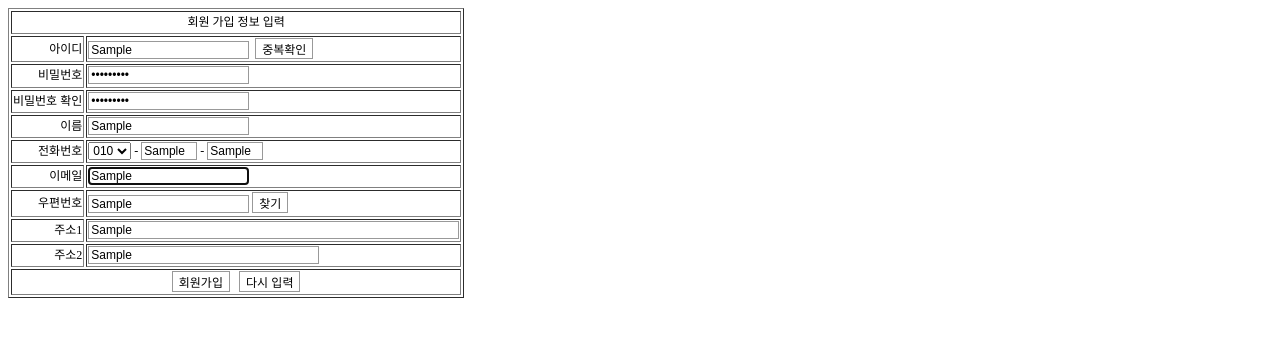
Repository: JIYEON25/model
Page: http://localhost/myWeb/memberone/regForm.jsp
These files come from the project's save history. The page is drawn as it stood at one moment and after the next save; the edit follows.
The browser window is 1280 px wide. The pictures show the whole page.
Empty fields were first filled with sample values (such as "Sample", 5 or name@example.com).
After loading, the first visible `input[onclick="inputCheck()"]` was clicked once.
The page is served by Tomcat 9. Other server files are loaded and not shown.

Above is the page before, as saved 2023-09-16 12:38:27.

### model1/myJSP/myWeb/src/main/webapp/memberone/regForm.jsp
<%@ page language="java" contentType="text/html; charset=UTF-8"
    pageEncoding="UTF-8"%>
<!DOCTYPE html>
<html>
<head>
	<meta charset="UTF-8">
	<title>Register Form</title>
	<link href="style.css" type="text/css" rel="stylesheet"/>
	<script type="text/javascript" src="script.js"></script>
</head>
<body>
	<form method="post" action="regProc.jsp" name="regForm">
	<table border="1">
		<tr>
			<td colspan="2" align="center">회원 가입 정보 입력</td>
		</tr>
		<tr>
			<td align="right">아이디</td>
			<td><input type="text" name="id"/>&nbsp;
				<input type="button" value="중복확인" onClick="idCheck(this.form.id.value)"/></td>
		</tr>
		<tr>
			<td align="right">비밀번호</td>
			<td><input type="password" name="pwd"/></td>
		</tr>
		<tr>
			<td align="right">비밀번호 확인</td>
			<td><input type="password" name="repwd"/></td>
		</tr>
		<tr>
			<td align="right">이름</td>
			<td><input type="text" name="name"/></td>
		</tr>
		<tr>
			<td align="right">전화번호</td>
			<td>
				<select name="phone1">
					<option value="010">010</option>
					<option value="02">02</option>
					<option value="011">011</option>
					<option value="016">016</option>
					<option value="017">017</option>
					<option value="016">018</option>
					<option value="017">019</option>
				</select> -
				<input type="text" name="phone2" size="5"/> -
				<input type="text" name="phone3" size="5"/>
			</td>
		</tr>
		<tr>
			<td align="right">이메일</td>
			<td><input type="text" name="email"/></td>
		</tr>
		<tr>
			<td align="right">우편번호</td>
			<td><input type="text" name="zipcode"/>
				<input type="button" value="찾기" onClick="zipCheck()"/></td>
		</tr>
		<tr>
			<td align="right">주소1</td>
			<td><input type="text" name="address1" size="50"/></td>
		</tr>
		<tr>
			<td align="right">주소2</td>
			<td><input type="text" name="address2" size="30"/></td>
		</tr>
		<tr>
			<td colspan="2" align="center">
			<input type="button" value="회원가입" onClick="inputCheck()"/>&nbsp;&nbsp;
			<input type="reset" value="다시 입력"/></td>
		</tr>
	</table>
	</form>
</body>
</html>

### model1/myJSP/myWeb/src/main/webapp/memberone/style.css
@charset "UTF-8";

BODY {
	FONT-SIZE: 9pt;
	COLOR: black;
	LINE-HEIGHT: 160%;
}

TD {
	FONT-SIZE: 9pt;
	COLOR: black;
	LINE-HEIGHT: 160%;
}

SELECT {
	FONT-SIZE: 9pt;
	COLOR: black;
	LINE-HEIGHT: 160%;
}

DIV {
	FONT-SIZE: 9pt;
	COLOR: black;
	LINE-HEIGHT: 160%;
}

FORM {
	FONT-SIZE: 9pt;
	COLOR: black;
	LINE-HEIGHT: 160%;
}

TEXTAREA {
	BORDER-RIGHT: 1px solid #999999;
	BORDER-TOP: 1px solid #999999;
	FONT-SIZE: 9pt;
	BORDER-LEFT: 1px solid #999999;
	COLOR: BLACK;
	BORDER-BOTTOM: 1px solid #999999;
	BACKGROUND-COLOR: white;
}

INPUT {
	BORDER-RIGHT: 1px solid #999999;
	BORDER-TOP: 1px solid #999999;
	FONT-SIZE: 9pt;
	BORDER-LEFT: 1px solid #999999;
	COLOR: BLACK;
	BORDER-BOTTOM: 1px solid #999999;
	BACKGROUND-COLOR: white;
}

A:link {
	text-decoration:none;
	color:#696969
}

A:hover {
	text-decoration:yes;
	color:#66CCFF
}

A:visited {
	text-decoration:none;
	color:#330066
}

### model1/myJSP/myWeb/src/main/webapp/memberone/script.js
function idCheck(id){
	if(id == "") {
		alert("아이디를 입력해주세요.");
		document.regForm.id.focus();
	} else {
		url="idCheck.jsp?id=" + id;
		window.open(url, "post", "width=300, height=150");
	}
}

function zipCheck() {
	url="zipCheck.jsp?check=y";
	window.open(url, "post", "toolbar=no, width=500, height=300, directories=no, status=yes, scrollbars=yes, menubar=no");
}

function inputCheck() {
	if(document.regForm.id.value == "") {
		alert("아이디를 입력해주세요.");
		document.regform.id.focus();
		return;
	}
	if(document.regForm.pwd.value == "") {
		alert("비밀번호를 입력해주세요.");
		document.regForm.pwd.focus();
		return;
	}
	if(document.regForm.repwd.value == "") {
		alert("비밀번호를 확인해주세요.");
		document.regForm.repwd.focus();
		return;
	}
	if(document.regForm.pwd.value != document.regForm.repwd.value) {
		alert("비밀번호가 일치하지 않습니다.");
		document.regForm.repwd.focus();
		return;
	}
	if(document.regForm.name.value == "") {
		alert("이름을 입력해주세요.");
		document.regForm.name.focus();
		return;
	}
	if(document.regForm.phone1.value == "") {
		alert("통신사를 입력해주세요.");
		document.regForm.phone1.focus();
		return;
	}
	if(document.regForm.phone2.value == "") {
		alert("전화번호를 입력해주세요.");
		document.regForm.phone2.focus();
		return;
	}
	if(document.regForm.phone3.value == "") {
		alert("전화번호를 입력해주세요.");
		document.regForm.pwd.focus();
		return;
	}
	if(document.regForm.email.value == "") {
		alert("이메일을 입력해주세요.");
		document.regForm.email.focus();
		return;
	}

//	var str = document.regForm.email.value;
//	var mailformat = /^[A-Za-z0-9_\.\-] + @[A-Za-z0-9_\.\-] + \.[A-Za-z0-9_\.\-] + /;
//	if(input.str.match(mailformat));
//	else {
//		alert("이메일 주소 형식이 잘못되었습니다.\n\r다시 입력해주세요.");
//		document.regForm.email.focus();
//		return;
//	}
	var str=document.regForm.email.value;
    var atPos = str.indexOf('@');
    var atLastPos = str.lastIndexOf('@');
    var dotPos = str.indexOf('.');
    var spacePos = str.indexOf(' ');
    var commaPos = str.indexOf(',');
    var eMailSize = str.length;
    if (atPos > 1 && atPos == atLastPos && dotPos > 3 && spacePos == -1 && commaPos == -1
												&& atPos + 1 < dotPos && dotPos + 1 < eMailSize);
    else {
		alert('E-mail주소 형식이 잘못되었습니다.\n\r다시 입력해 주세요!');
		document.regForm.email.focus();
  		return;
    }


	if(document.regForm.zipcode.value == "") {
		alert("우편번호를 입력해주세요.");
		document.regForm.zipcode.focus();
		return;
	}
	if(document.regForm.address1.value == "") {
		alert("주소를 입력해주세요.");
		document.regForm.address1.focus();
		return;
	}
	if(document.regForm.address2.value == "") {
		alert("세부주소를 입력해주세요.");
		document.regForm.address2.focus();
		return;
	}
	document.regForm.submit();
}

After the next save:
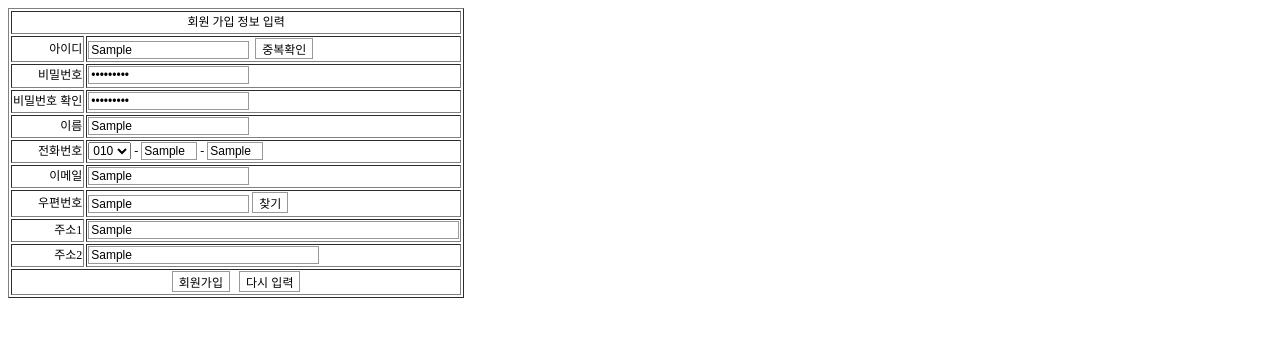
Console error: TypeError: Cannot read properties of undefined (reading 'value')
Saved 54 s later.
--- a/model1/myJSP/myWeb/src/main/webapp/memberone/script.js
+++ b/model1/myJSP/myWeb/src/main/webapp/memberone/script.js
@@ -19,19 +19,19 @@
 		document.regform.id.focus();
 		return;
 	}
-	if(document.regForm.pwd.value == "") {
+	if(document.regForm.pass.value == "") {
 		alert("비밀번호를 입력해주세요.");
-		document.regForm.pwd.focus();
+		document.regForm.pass.focus();
 		return;
 	}
-	if(document.regForm.repwd.value == "") {
+	if(document.regForm.repass.value == "") {
 		alert("비밀번호를 확인해주세요.");
-		document.regForm.repwd.focus();
+		document.regForm.repass.focus();
 		return;
 	}
-	if(document.regForm.pwd.value != document.regForm.repwd.value) {
+	if(document.regForm.pass.value != document.regForm.repass.value) {
 		alert("비밀번호가 일치하지 않습니다.");
-		document.regForm.repwd.focus();
+		document.regForm.repass.focus();
 		return;
 	}
 	if(document.regForm.name.value == "") {
